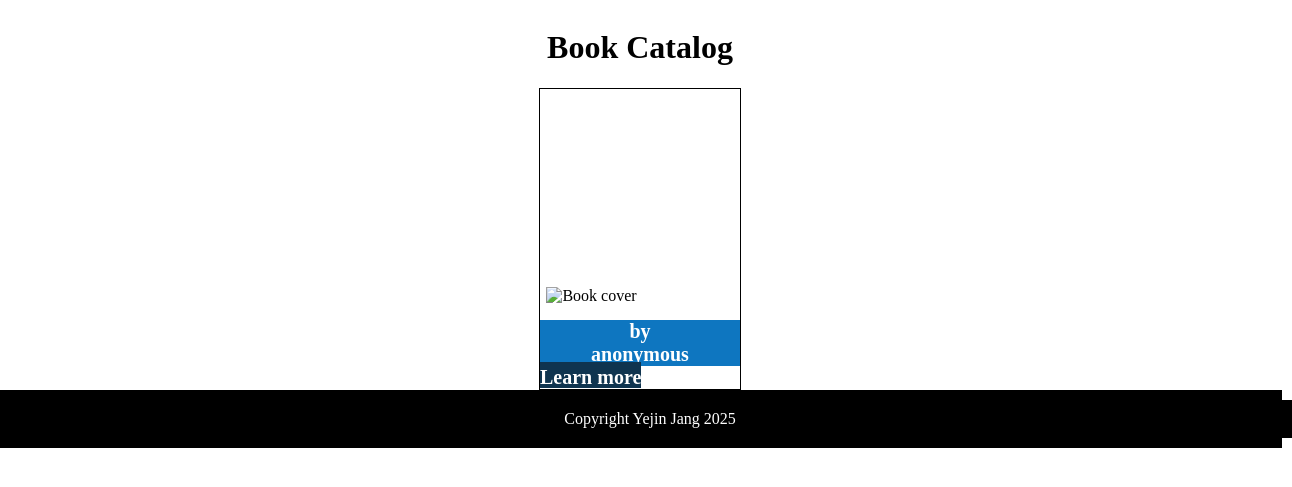
Repository: Yejin-Digital/Lab3-Assignment-BookCatalog
Page: /
These files come from the project's save history. The page is drawn as it stood at one moment and after the next save; the edit follows.
The browser window is 1280 px wide. The page is 1292 px wide, so the pictures cover 1292 px, including what lies to the right of the window. The pictures show the whole page.
The project was rebuilt for these pictures with package versions that can differ from the ones it lists, and the page was loaded fresh each time. Also part of the build but not shown: vite.config.js.

Above is the page before, as saved 2025-09-13 04:11:07.

### index.html
<!DOCTYPE html>
<html lang="en">
  <head>
    <meta charset="UTF-8" />
    <link rel="icon" type="image/svg+xml" href="/vite.svg" />
    <meta name="viewport" content="width=device-width, initial-scale=1.0" />
    <title>Vite + React</title>
  </head>
  <body>
    <h1>Book Catalog</h1>
    <div id="root"></div>
    <footer class="footer-content">
      <div class="footer-content">Copyright Yejin Jang 2025</div>
    </footer>
    <script type="module" src="/src/main.jsx"></script>
  </body>
</html>

### src/index.css
html {
  font-family: 'Times New Roman', Times, serif;
}

body {
  display: flex;
  align-items: center;
  flex-direction: column;
}

.footer-content {
  background-color: black;
  color: white;
  padding: 10px;
  text-align: center;
  width: 100%;
}

### src/App.jsx
import BookListCard from './BookListCard';

function App() {
  return (
    <div>
      <BookListCard author="anonymous" image={'/images/9781484212615.png'} />
    </div>
  );
}

export default App;

### src/BookListCard.jsx
import './BookListCard.css';

function BookListCard(props, image) {
  return (
    <div className="bookCard">
      <div className="bookImage">
        <img src={image} alt="Book cover" />
      </div>
      <div className="bookInfo">
        <p className="bookAuthor">by</p>
        <p className="bookAuthor">{props.author}</p>
        <p className="bookAuthor"></p>
        <a>Learn more</a>
      </div>
    </div>
  );
}

export default BookListCard;

### src/BookListCard.css
.bookCard {
  flex-direction: column;
  border: solid 1px black;
  width: 200px;
  height: 300px;

  display: flex;
  justify-content: flex-end;
}

.bookImage {
  padding: 6.4px;
}
.bookCard img {
  width: 100%;
  height: auto;
  max-height: 200px;
  object-fit: cover;
  margin-bottom: 8px;
}

.bookAuthor {
  font-size: 20px;
  font-weight: bold;
  color: white;
  background-color: rgb(14, 118, 192);
  text-align: center;
  margin: 0;
}

a {
  width: 100%;
  font-size: 20px;
  font-weight: bold;
  color: white;
  background-color: rgb(15, 52, 79);
  text-align: center;
  margin: 0;
  padding: 4px 0 0;
}

Loaded but not shown: src/main.jsx (common file)

After the next save:
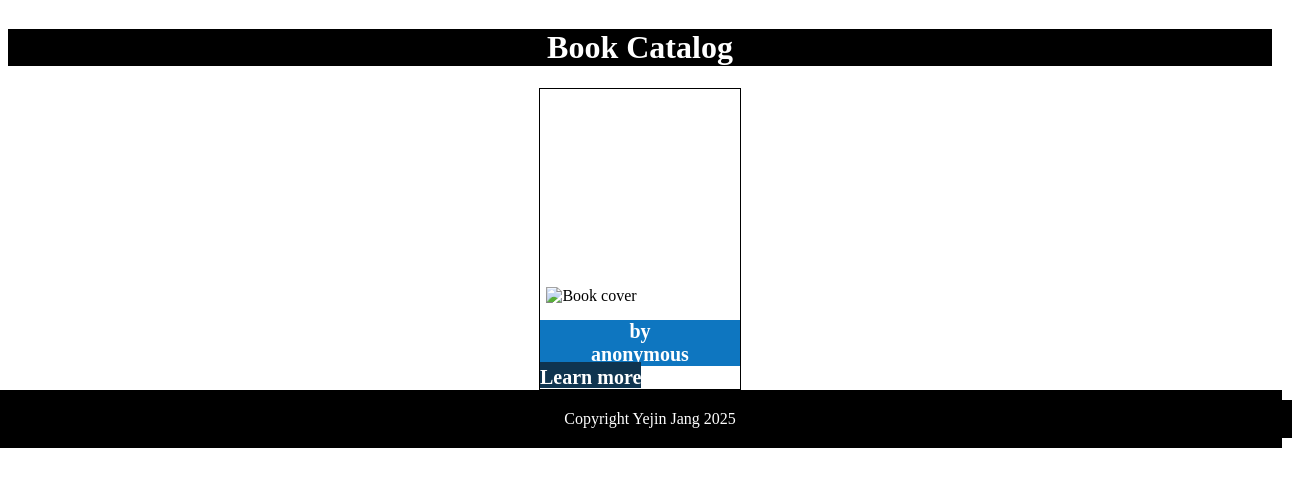
Saved 41 s later.
--- a/src/index.css
+++ b/src/index.css
@@ -15,3 +15,10 @@ body {
   text-align: center;
   width: 100%;
 }
+
+h1 {
+  background-color: black;
+  color: white;
+  text-align: center;
+  width: 100%;
+}
